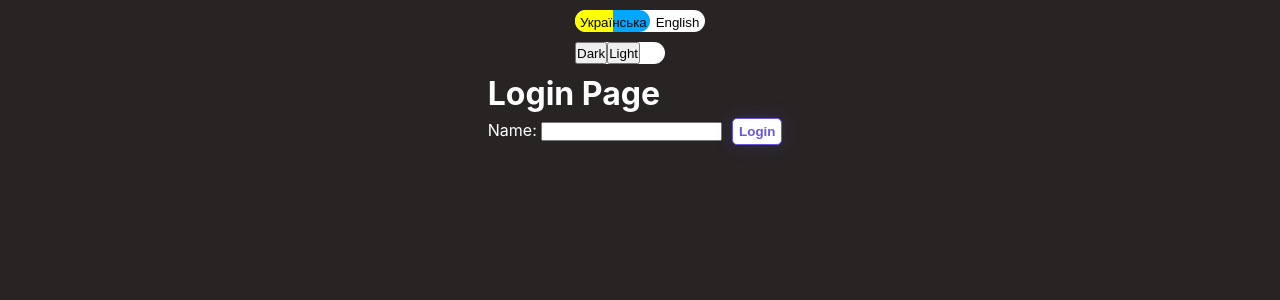
Repository: Novoselets28/star-wars-hooks
Page: /people
These files come from the project's save history. The page is drawn as it stood at one moment and after the next save; the edit follows.
The browser window is 1280 px wide. The pictures show the whole page.
The project was rebuilt for these pictures with package versions that can differ from the ones it lists, and the page was loaded fresh each time. Also part of the build but not shown: src/components/HomePage.jsx, src/components/People/CurrentPeople.jsx, src/components/People/PeopleList.jsx, src/components/People/People.jsx, src/components/Planets/CurrentPlanet.jsx, src/components/Planets/PlanetsList.jsx, src/components/Planets/Planets.jsx, src/components/Starships/CurrentStarship.jsx and 4 more.

Above is the page before, as saved 2023-03-27 19:53:03.

After the next save:
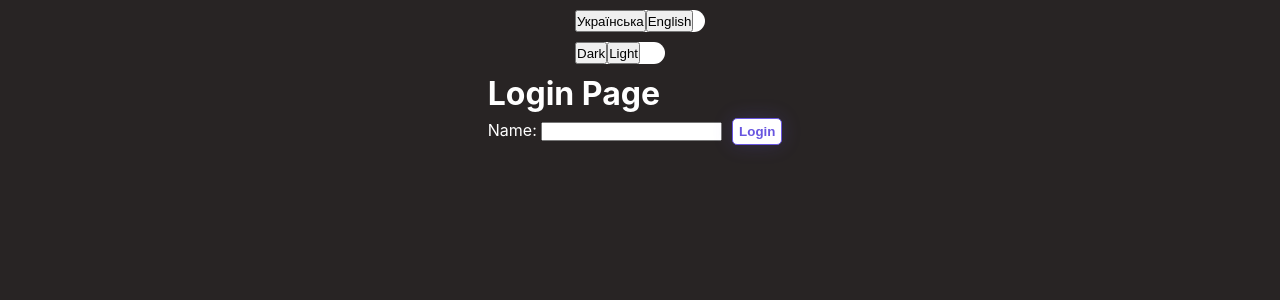
Saved 111 s later.
--- a/src/components/Header.jsx
+++ b/src/components/Header.jsx
@@ -16,8 +16,8 @@ function Header() {
   return (
     <div>
       <div className="button-box-lang">
-        <button className={language==="ukr" ? "not-active" : "active"} onClick={()=>setLanguage("ukr")}>Українська</button>
-        <button className={language==="eng" ? "active" : "not-active"} onClick={()=>setLanguage("eng")}>English</button>
+        <button className={language==="ukr" ? "active" : ""} onClick={()=>setLanguage("ukr")}>Українська</button>
+        <button className={language==="eng" ? "active" : ""} onClick={()=>setLanguage("eng")}>English</button>
       </div>
       <div className="button-box-theme">
         <button className={theme==="light" ? "dark" : ""} onClick={()=>setTheme("dark")}>Dark</button>
